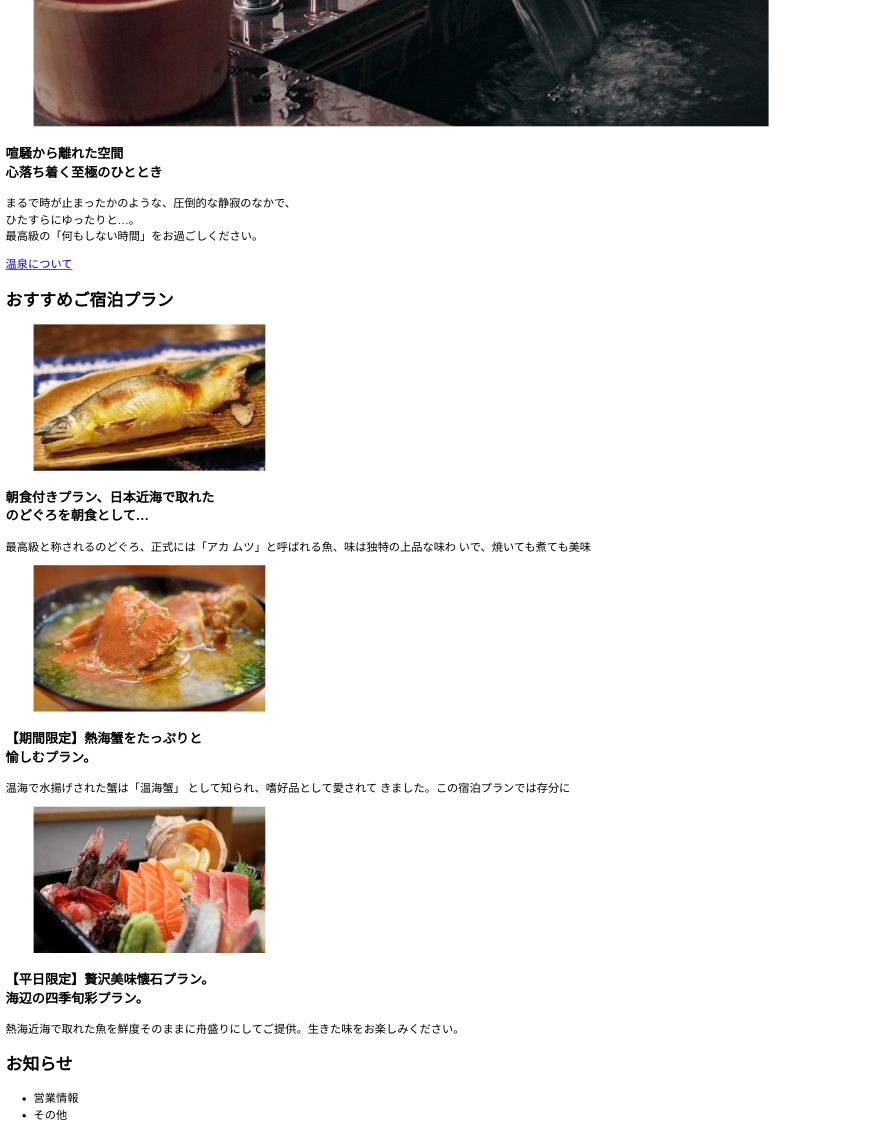
Repository: yuukiyokoyama/compex1
Page: index.html
These files come from the project's save history. The page is drawn as it stood at one moment and after the next save; the edit follows.
The browser window is 1280 px wide. The pictures show the part of the page from y = 2948 to 4868 px (the page is 4568 px tall before and 4868 px after), at 70% of full size.

Above is the page before, as saved 2021-09-17 23:20:35.

After the next save:
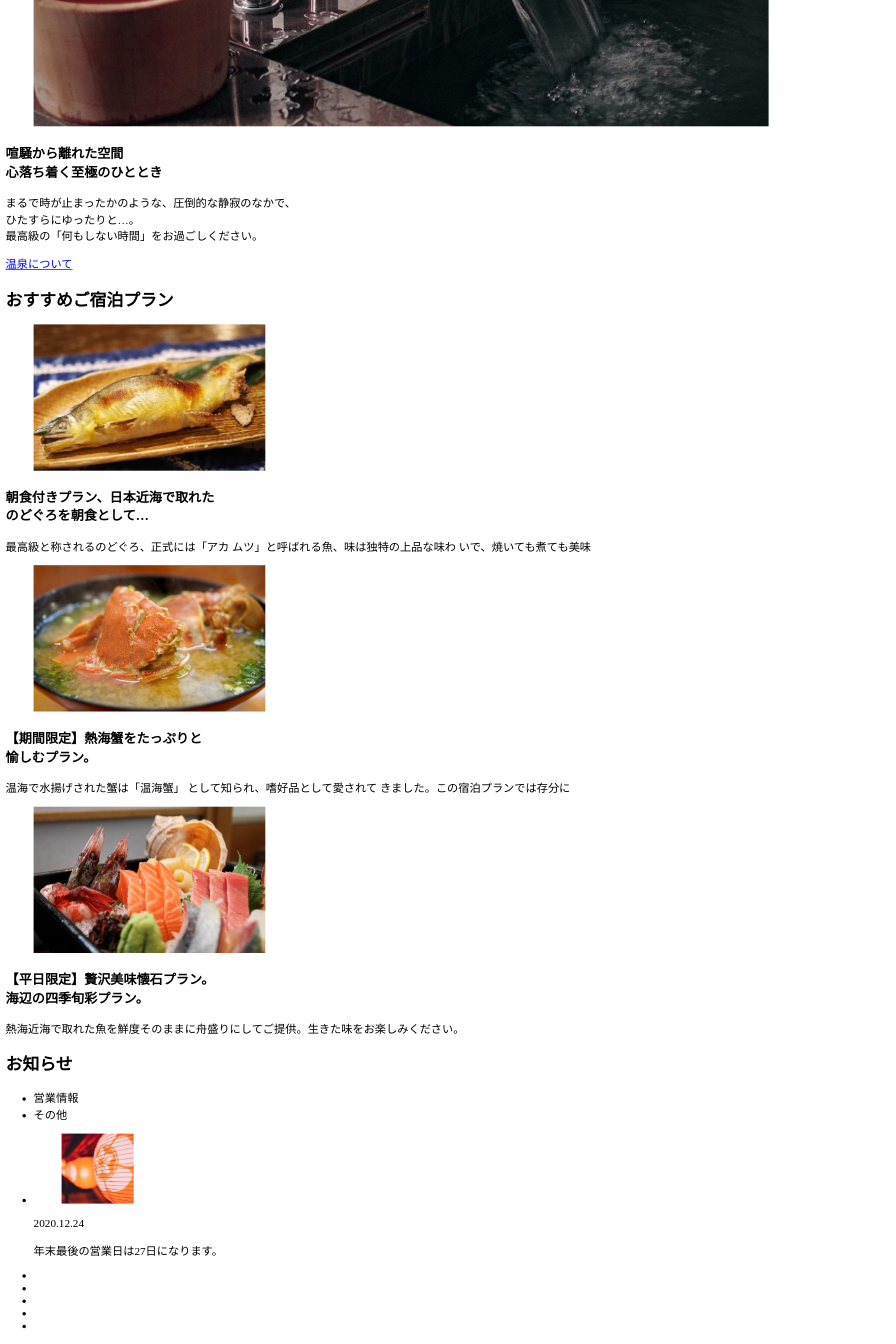
Saved 4 min 57 s later.
--- a/index.html
+++ b/index.html
@@ -329,7 +329,26 @@
                 class="news__list aos-init aos-animate"
                 data-aos="fade-up"
                 data-aos-duration="2000"
-              ></ul>
+              >
+                <li class="news__list-item">
+                  <div class="news__list-item-wrapper">
+                    <figure class="news__img-wrapper">
+                      <img src="images/news01.jpg" alt="ニュース" />
+                    </figure>
+                    <div class="news__body">
+                      <p class="news__date">2020.12.24</p>
+                      <p class="news__text">年末最後の営業日は27日になります。</p>
+                    </div>
+                    <!-- news__body -->
+                  </div>
+                  <!-- news__list-item-wrapper -->
+                </li>
+                <li class="news__list-item"></li>
+                <li class="news__list-item"></li>
+                <li class="news__list-item"></li>
+                <li class="news__list-item"></li>
+                <li class="news__list-item"></li>
+              </ul>
             </div>
           </div>
         </section>
